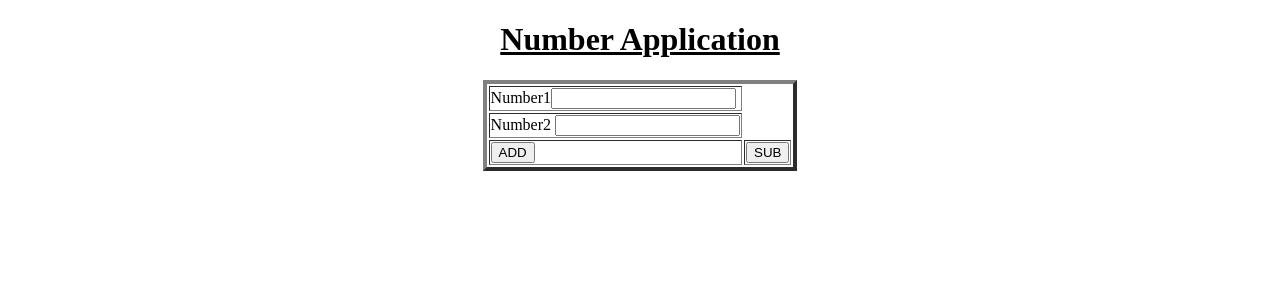
Repository: madhu124/Youtube-demo
Page: JSP_NumberApp/WebContent/Number.html
The author's editor kept a copy of each file at every save. The page is drawn from the files as they stood at one save, then again after the next save.
The browser window is 1280 px wide. The pictures show the whole page.

Above is the page before, as saved 2017-05-31 17:06:06.

After the next save:
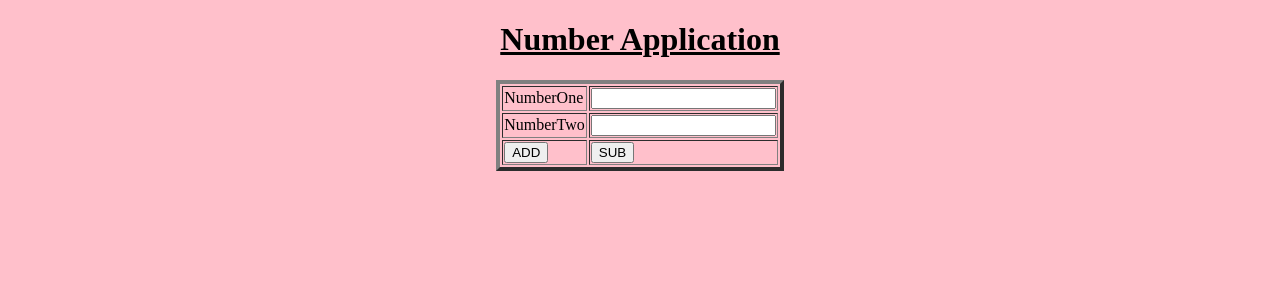
Saved 4 min 53 s later.
--- a/JSP_NumberApp/WebContent/Number.html
+++ b/JSP_NumberApp/WebContent/Number.html
@@ -2,23 +2,41 @@
 <html>
 <head>
 <meta charset="ISO-8859-1">
-<title>Number App</title>
+<title>NumberApplication</title>
 </head>
+<style>
+body {background-color:pink;}
+h1 {font-family:bold;}
+
+
+</style>
+
 <body>
-<center><h1><u>Number Application</u></h1></center>
-<form action="number.jsp">
-<table border="4" align="center" >
-<tr>
-<td> Number1<input type="text" name="t1"></td>
-</tr>
-<tr>
-<td> Number2 <input type="text" name="t2"></td>
-</tr>
-<td><input type="submit" value="ADD"/></td>
-<td><input type="submit" value="SUB"/></td>
+	<center>
+		<h1>
+			<u>Number Application</u>
+		</h1>
+	</center>
+	<form action="number.jsp">
+		<table border="4" align="center">
+			<tr>
+				<td>NumberOne</td>
+				<td><input type="text" name="t1" /></td>
 
-</table>
+			</tr>
+			<tr>
+				<td>NumberTwo</td>
+				<td><input type="text" name="t2" /></td>
 
-</form>
+			</tr>
+			<tr>
+				<td><input type="submit" value="ADD" name="click" /></td>
+				<td><input type="submit" value="SUB" name="click" /></td>
+
+
+			</tr>
+
+		</table>
+	</form>
 </body>
 </html>
